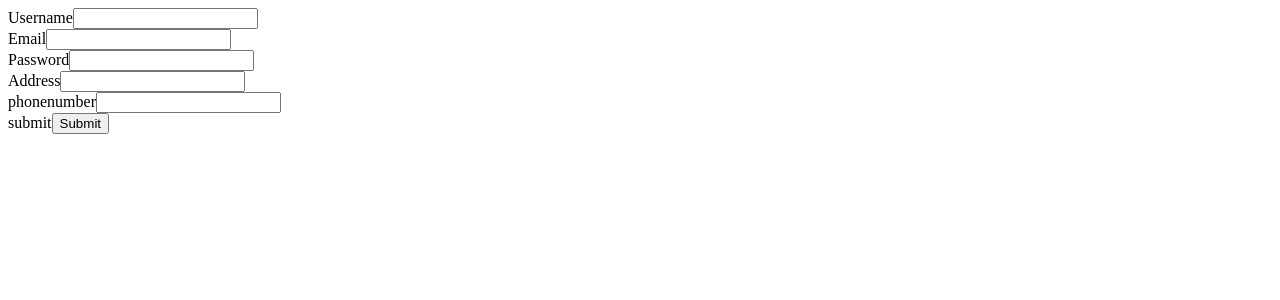
Repository: siddhesh999/SPRING-MVC
Page: http://localhost/springmvc/register.jsp
These files come from the project's save history. The page is drawn as it stood at one moment and after the next save; the edit follows.
The browser window is 1280 px wide. The pictures show the whole page.
The page is served by Tomcat 9.

Above is the page before, as saved 2022-01-07 11:58:49.

After the next save:
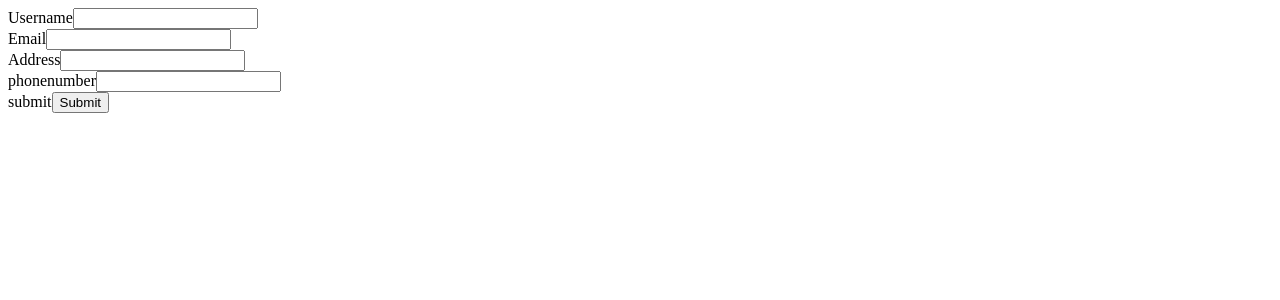
Saved 2 min 22 s later.
--- a/springmvc/src/main/webapp/register.jsp
+++ b/springmvc/src/main/webapp/register.jsp
@@ -11,7 +11,6 @@
 
 Username<input type="text" name="name"><br>
 Email<input type="email" name="email"><br>
-Password<input type="password" name="password"><br>
 Address<input type="text" name=" Address"><br>
 phonenumber<input type="number" name="contactNumber"><br>
 
